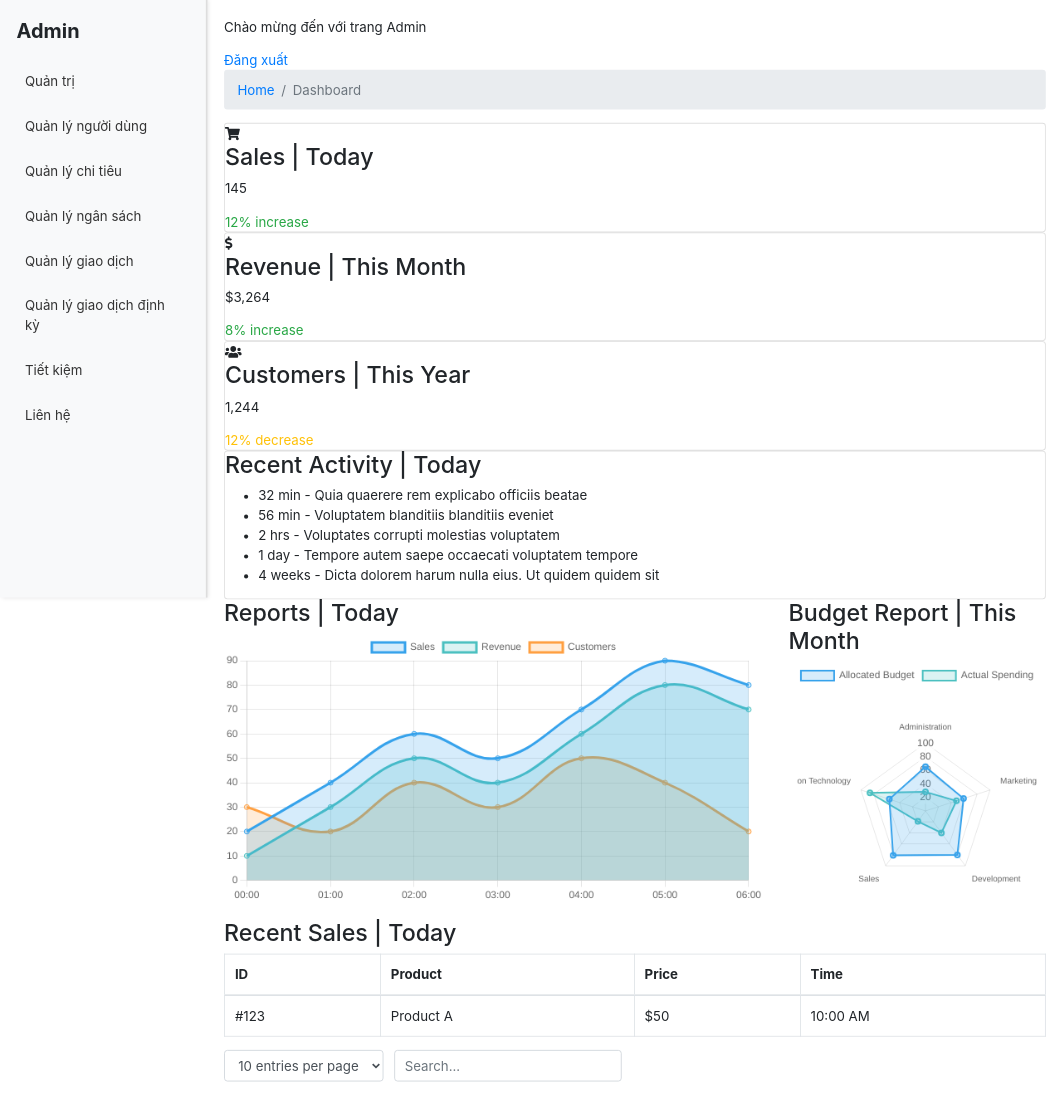
Repository: PhanVanHoa051204/Project3
Page: http://localhost/Project3/dashboard.jsp
An editor plug-in stored every save of this project. The page is shown before and after the next save, followed by the edit.
The browser window is 1280 px wide. The pictures show the whole page, at 83% of full size.
The page is served by Tomcat 9. Other server files are loaded and not shown.

Above is the page before, as saved 2025-03-14 18:17:52.

### PhanVanHoa_2210900023_K22CNT1/Project3/src/main/webapp/dashboard.jsp
<%@ page language="java" contentType="text/html; charset=UTF-8"
	pageEncoding="UTF-8"%>
<!DOCTYPE html>
<html lang="en">
<head>
<meta charset="UTF-8">
<meta name="viewport" content="width=device-width, initial-scale=1.0">
<title>Admin</title>
<link rel="stylesheet" href="https://cdn.jsdelivr.net/npm/bootstrap@4.5.3/dist/css/bootstrap.min.css">
<script src="https://cdn.jsdelivr.net/npm/chart.js"></script>
<script src="https://cdnjs.cloudflare.com/ajax/libs/font-awesome/5.15.4/js/all.min.js"></script>
<link rel="stylesheet" href="style.css">
<script src="https://cdn.jsdelivr.net/npm/chart.js"></script>
</head>
<body>
	<div class="container-fluid">
    <div class="row">
        <!-- Sidebar -->
        <div class="sidebar">
            <div class="logo">Admin</div>
            <ul>
                <li class="active"><a href="#">Quản trị</a></li>
                <li><a href="${pageContext.request.contextPath}/NguoiDung/users.jsp">Quản lý người dùng</a></li>
                <li><a href="${pageContext.request.contextPath}/ChiTieu/categories.jsp">Quản lý chi tiêu</a></li>
                <li><a href="${pageContext.request.contextPath}/NganSach/budgets.jsp">Quản lý ngân sách</a></li>
                <li><a href="${pageContext.request.contextPath}/GiaoDich/transactions.jsp">Quản lý giao dịch</a></li>
                <li><a href="${pageContext.request.contextPath}/GDDinhKy/recurringtransactions.jsp">Quản lý giao dịch định kỳ</a></li>
                <li><a href="${pageContext.request.contextPath}/TietKiem/goals.jsp">Tiết kiệm</a></li>
                <li><a href="https://web.facebook.com/PhanHoa05122004">Liên hệ</a></li>
            </ul>
        </div>

        <!-- Main Content -->
        <div class="main-content">
            <header>
            	<div class=""><p>Chào mừng đến với trang Admin</p></div>
                <div class="submit-section">
                    <a href="login.jsp" class="logout-btn">Đăng xuất</a>
                </div>
            </header>

            <!-- Dashboard Content -->
            <div class="dashboard-content">
                <nav aria-label="breadcrumb">
                    <ol class="breadcrumb">
                        <li class="breadcrumb-item"><a href="#">Home</a></li>
                        <li class="breadcrumb-item active" aria-current="page">Dashboard</li>
                    </ol>
                </nav>

                <div class="cards">
                    <div class="card stats-card">
                        <div class="card-icon">
                            <i class="fas fa-shopping-cart"></i>
                        </div>
                        <div class="card-content">
                            <h3>Sales | Today</h3>
                            <p class="stats-value">145</p>
                            <span class="stats-change text-success">12% increase</span>
                        </div>
                    </div>
                    <div class="card stats-card">
                        <div class="card-icon">
                            <i class="fas fa-dollar-sign"></i>
                        </div>
                        <div class="card-content">
                            <h3>Revenue | This Month</h3>
                            <p class="stats-value">$3,264</p>
                            <span class="stats-change text-success">8% increase</span>
                        </div>
                    </div>
                    <div class="card stats-card">
                        <div class="card-icon">
                            <i class="fas fa-users"></i>
                        </div>
                        <div class="card-content">
                            <h3>Customers | This Year</h3>
                            <p class="stats-value">1,244</p>
                            <span class="stats-change text-warning">12% decrease</span>
                        </div>
                    </div>
                    <div class="card stats-card">
                        <div class="card-content">
                            <h3>Recent Activity | Today</h3>
                            <ul class="activity-list">
                                <li><span class="dot green"></span>32 min - Quia quaerere rem explicabo officiis beatae</li>
                                <li><span class="dot red"></span>56 min - Voluptatem blanditiis blanditiis eveniet</li>
                                <li><span class="dot blue"></span>2 hrs - Voluptates corrupti molestias voluptatem</li>
                                <li><span class="dot yellow"></span>1 day - Tempore autem saepe occaecati voluptatem tempore</li>
                                <li><span class="dot grey"></span>4 weeks - Dicta dolorem harum nulla eius. Ut quidem quidem sit</li>
                            </ul>
                        </div>
                    </div>
                </div>

                <div class="row">
                    <div class="col-md-8">
                        <div class="chart-section">
                            <h3>Reports | Today</h3>
                            <canvas id="reportsChart"></canvas>
                        </div>
                    </div>
                    <div class="col-md-4">
                        <div class="budget-report">
                            <h3>Budget Report | This Month</h3>
                            <canvas id="budgetChart"></canvas>
                        </div>
                    </div>
                </div>

                <div class="recent-sales">
                    <h3>Recent Sales | Today</h3>
                    <table class="table table-bordered">
                        <thead>
                            <tr>
                                <th>ID</th>
                                <th>Product</th>
                                <th>Price</th>
                                <th>Time</th>
                            </tr>
                        </thead>
                        <tbody>
                            <tr>
                                <td>#123</td>
                                <td>Product A</td>
                                <td>$50</td>
                                <td>10:00 AM</td>
                            </tr>
                        </tbody>
                    </table>
                    <div class="table-footer">
                        <select class="form-control d-inline-block w-auto">
                            <option>10 entries per page</option>
                        </select>
                        <input type="text" class="form-control d-inline-block w-auto ml-2" placeholder="Search...">
                    </div>
                </div>
            </div>
        </div>
    </div>
</div>

    <!-- Scripts -->
    <script>
        // Reports Chart
        const reportsCtx = document.getElementById('reportsChart').getContext('2d');
        new Chart(reportsCtx, {
            type: 'line',
            data: {
                labels: ['00:00', '01:00', '02:00', '03:00', '04:00', '05:00', '06:00'],
                datasets: [
                    {
                        label: 'Sales',
                        data: [20, 40, 60, 50, 70, 90, 80],
                        borderColor: 'rgba(54, 162, 235, 1)',
                        backgroundColor: 'rgba(54, 162, 235, 0.2)',
                        fill: true,
                        tension: 0.4
                    },
                    {
                        label: 'Revenue',
                        data: [10, 30, 50, 40, 60, 80, 70],
                        borderColor: 'rgba(75, 192, 192, 1)',
                        backgroundColor: 'rgba(75, 192, 192, 0.2)',
                        fill: true,
                        tension: 0.4
                    },
                    {
                        label: 'Customers',
                        data: [30, 20, 40, 30, 50, 40, 20],
                        borderColor: 'rgba(255, 159, 64, 1)',
                        backgroundColor: 'rgba(255, 159, 64, 0.2)',
                        fill: true,
                        tension: 0.4
                    }
                ]
            },
            options: {
                scales: {
                    y: {
                        beginAtZero: true
                    }
                }
            }
        });

        // Budget Chart (Radar Chart)
        const budgetCtx = document.getElementById('budgetChart').getContext('2d');
        new Chart(budgetCtx, {
            type: 'radar',
            data: {
                labels: ['Administration', 'Marketing', 'Development', 'Sales', 'on Technology'],
                datasets: [
                    {
                        label: 'Allocated Budget',
                        data: [65, 59, 80, 81, 56],
                        backgroundColor: 'rgba(54, 162, 235, 0.2)',
                        borderColor: 'rgba(54, 162, 235, 1)',
                        borderWidth: 2
                    },
                    {
                        label: 'Actual Spending',
                        data: [28, 48, 40, 19, 86],
                        backgroundColor: 'rgba(75, 192, 192, 0.2)',
                        borderColor: 'rgba(75, 192, 192, 1)',
                        borderWidth: 2
                    }
                ]
            },
            options: {
                scales: {
                    r: {
                        beginAtZero: true
                    }
                }
            }
        });
    </script>
</html>

### PhanVanHoa_2210900023_K22CNT1/Project3/src/main/webapp/style.css
/* Sidebar */
.sidebar {
    width: 250px; /* Điều chỉnh độ rộng của sidebar */
    position: fixed; /* Đảm bảo sidebar luôn cố định khi cuộn trang */
    top: 0;
    left: 0;
    height: 100vh;
    background-color: #f8f9fa;
    padding: 20px;
    border-right: 2px solid #ddd;
    box-shadow: 2px 0px 5px rgba(0,0,0,0.1); /* Thêm bóng đổ cho sidebar */
}

.sidebar .logo {
    font-size: 1.5rem;
    font-weight: bold;
    margin-bottom: 20px;
}

.sidebar ul {
    padding-left: 0;
    list-style-type: none;
}

.sidebar ul li {
    margin-bottom: 10px;
}

.sidebar ul li a {
    text-decoration: none;
    color: #333;
    padding: 10px;
    display: block;
    border-radius: 5px;
}

.sidebar ul li a:hover {
    background-color: #ddd;
}

/* Main Content */
.main-content {
    margin-left: 250px; /* Đẩy nội dung chính sang phải để không bị che khuất bởi sidebar */
    padding: 20px;
}

/* Khi kích thước màn hình nhỏ, sidebar sẽ ẩn đi và chuyển sang dạng menu hamburger */
@media (max-width: 768px) {
    .sidebar {
        width: 100%;
        position: relative;
        height: auto;
    }

    .main-content {
        margin-left: 0;
    }
}

After the next save:
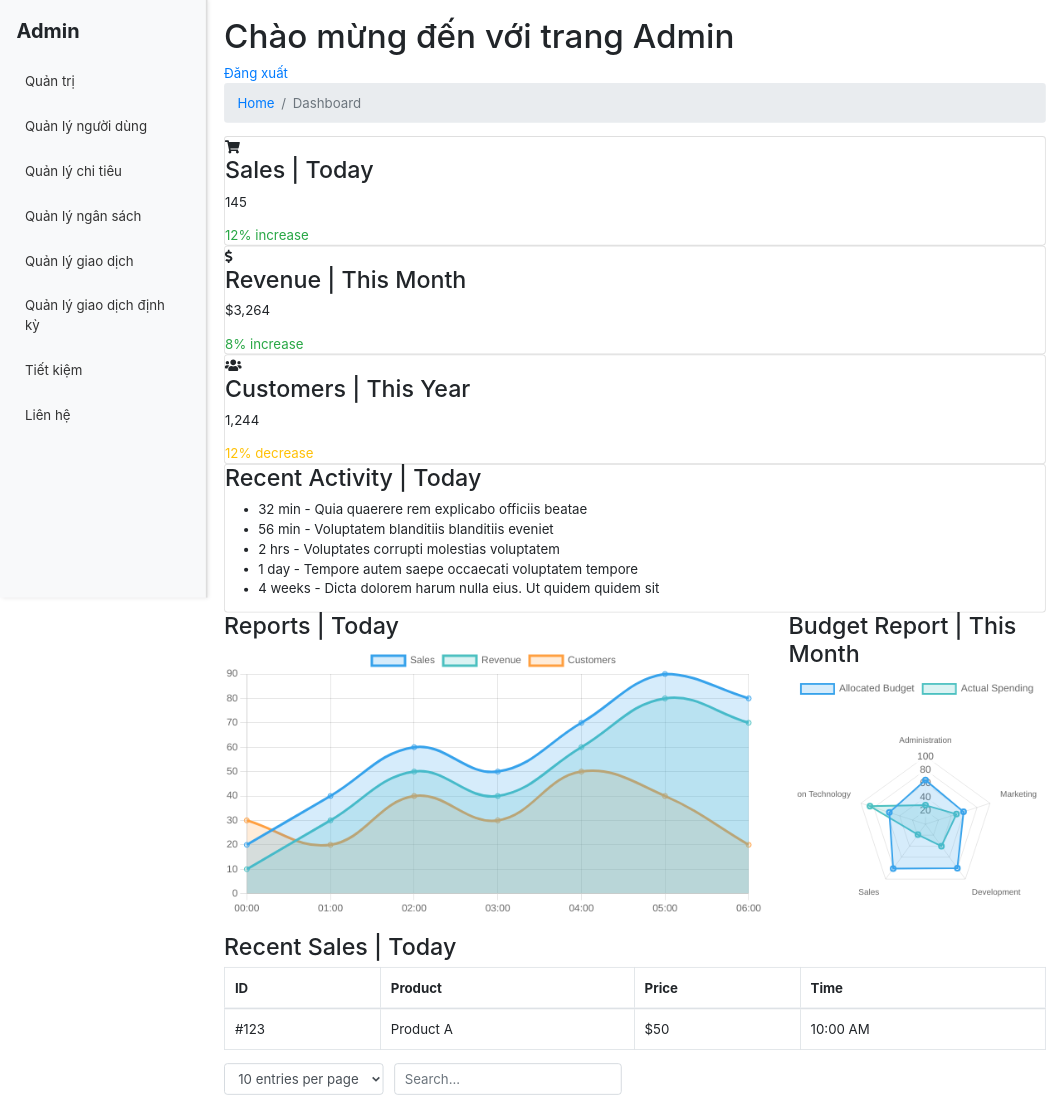
Saved 12 s later.
--- a/PhanVanHoa_2210900023_K22CNT1/Project3/src/main/webapp/dashboard.jsp
+++ b/PhanVanHoa_2210900023_K22CNT1/Project3/src/main/webapp/dashboard.jsp
@@ -33,7 +33,7 @@
         <!-- Main Content -->
         <div class="main-content">
             <header>
-            	<div class=""><p>Chào mừng đến với trang Admin</p></div>
+            	<div class=""><h1>Chào mừng đến với trang Admin</h1></div>
                 <div class="submit-section">
                     <a href="login.jsp" class="logout-btn">Đăng xuất</a>
                 </div>
